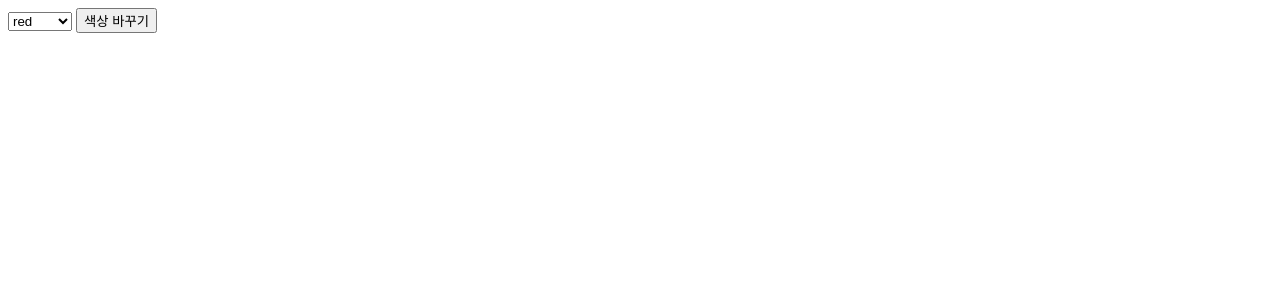
Repository: ABCchocolate/JSP_yooshin
Page: http://localhost/BoardApp/color/main.jsp
These files come from the project's save history. The page is drawn as it stood at one moment and after the next save; the edit follows.
The browser window is 1280 px wide. The pictures show the whole page.
The page is served by Tomcat 9. Other server files are loaded and not shown.

Above is the page before, as saved 2025-07-02 05:39:52.

### BoardApp/src/main/webapp/color/main.jsp
<%@ page contentType="text/html; charset=UTF-8"%>
<!DOCTYPE html>
<html>
<head>
<meta charset="UTF-8">
<title>Insert title here</title>
</head>
<body>
	<select>
		<option>red</option>
		<option>orange</option>
		<option>green</option>
		<option>blue</option>
	</select>
	<button>색상 바꾸기</button>
</body>
</html>

After the next save:
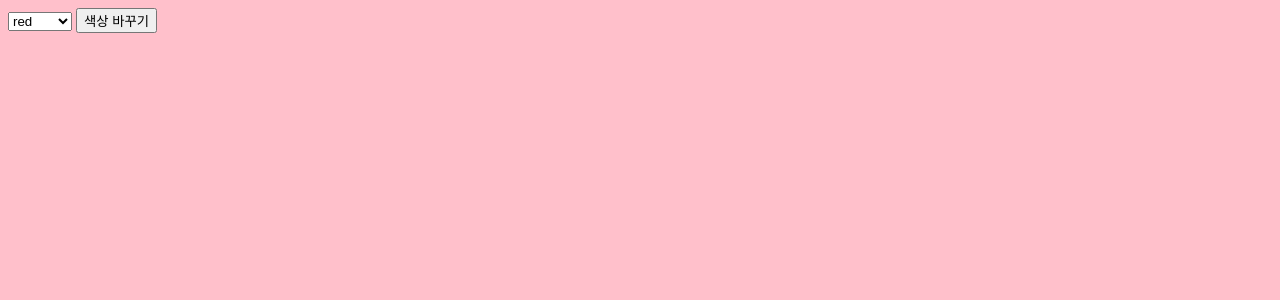
Saved 25 s later.
--- a/BoardApp/src/main/webapp/color/main.jsp
+++ b/BoardApp/src/main/webapp/color/main.jsp
@@ -5,7 +5,7 @@
 <meta charset="UTF-8">
 <title>Insert title here</title>
 </head>
-<body>
+<body bgcolor = "pink">
 	<select>
 		<option>red</option>
 		<option>orange</option>
